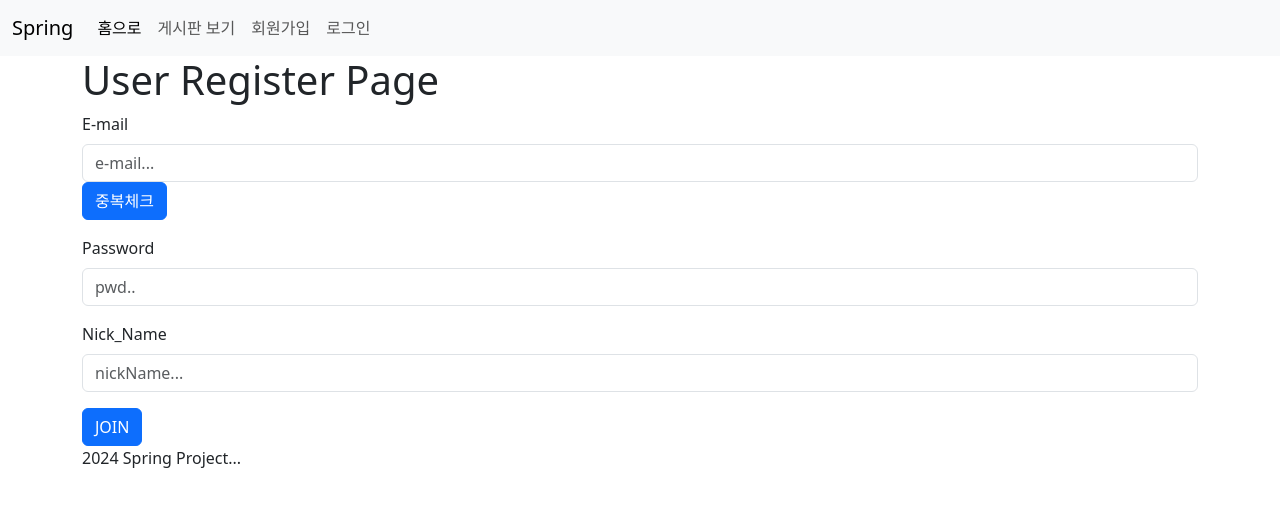
Repository: wanted2001/spring2_project
Page: http://localhost/spring_test2/WEB-INF/views/user/register.jsp
These files come from the project's save history. The page is drawn as it stood at one moment and after the next save; the edit follows.
The browser window is 1280 px wide. The pictures show the whole page.
The page is served by Tomcat 9. Nobody is signed in. The template is opened directly, without the code that normally fills it, so the values that code supplies are empty.

Above is the page before, as saved 2024-05-09 03:14:23.
Console error: TypeError: Cannot read properties of null (reading 'addEventListener')

After the next save:
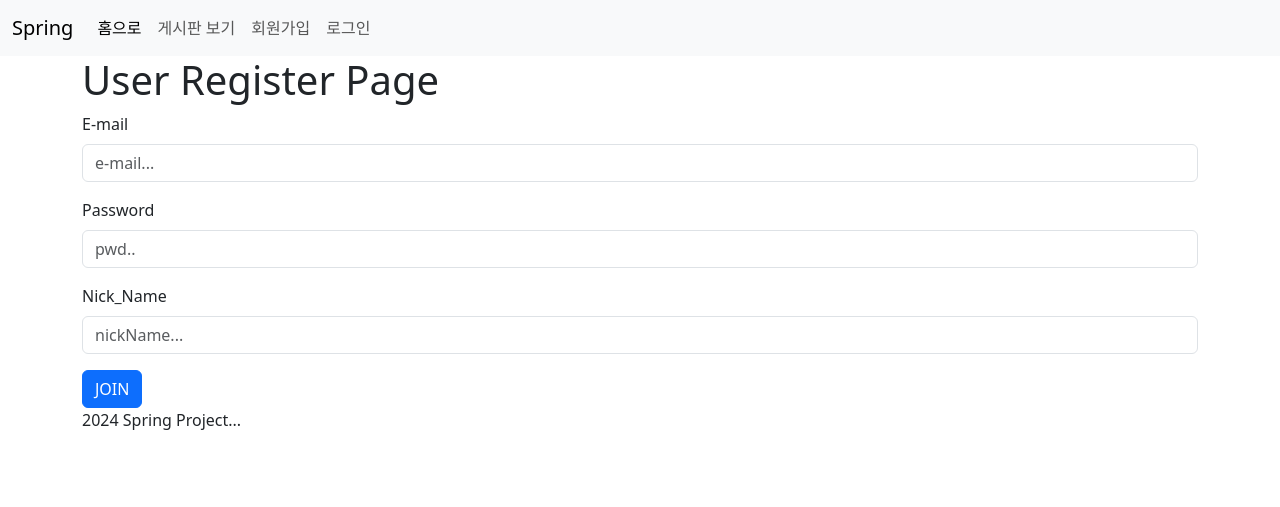
Saved 35 s later.
--- a/spring_test2/src/main/webapp/WEB-INF/views/user/register.jsp
+++ b/spring_test2/src/main/webapp/WEB-INF/views/user/register.jsp
@@ -7,7 +7,7 @@
 		<div class="mb-3">
 	  		<label for="e" class="form-label">E-mail</label>
 	  		<input type="text" class="form-control" name="email" id="e" placeholder="e-mail...">
-	  		<a href="/user/check"><button type="button" class="btn btn-primary">중복체크</button></a>
+
 		</div>
 		<div class="mb-3">
 	  		<label for="p" class="form-label">Password</label>
